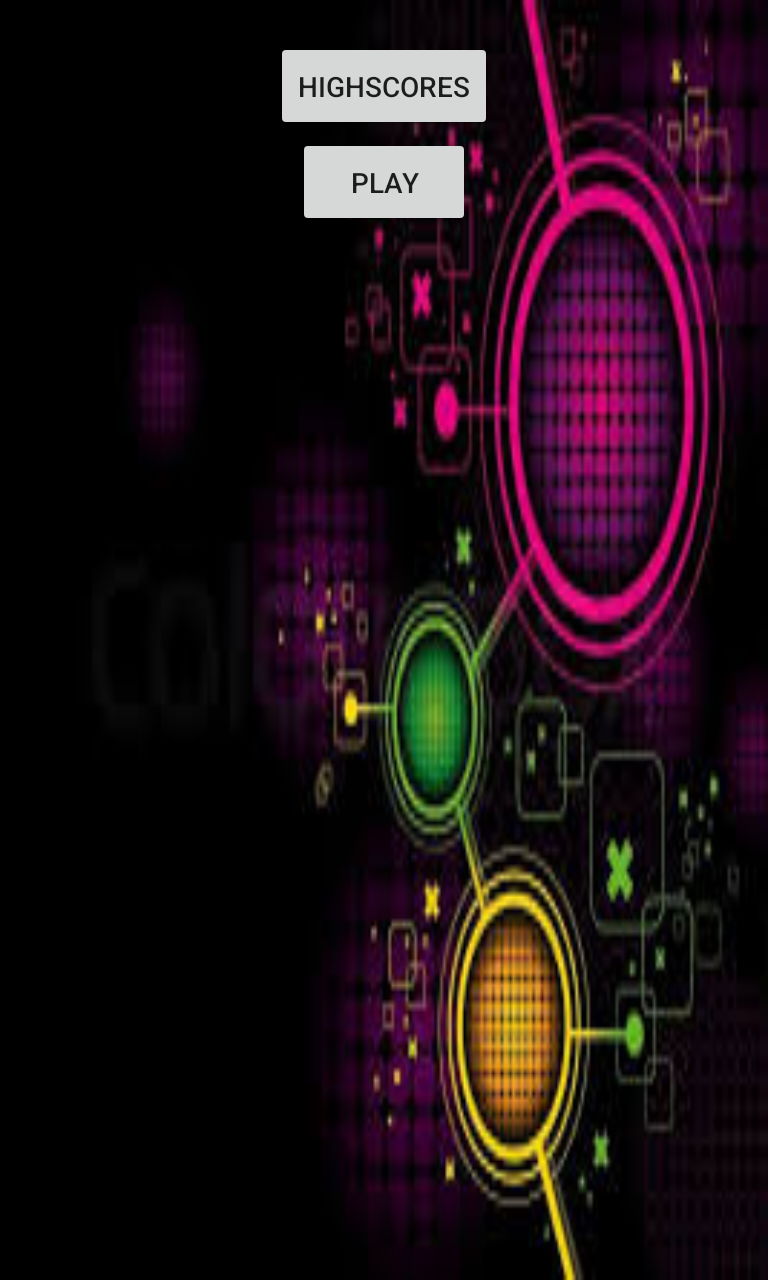
Repository: RedJaVa68/DirectionRunner
Layout: DirectionRunner/res/layout/activity_main.xml
The author's editor kept a copy of each file at every save. The layout is drawn from the files as they stood at one save, then again after the next save.
It is drawn on a 768 x 1280 px phone screen (xhdpi) without system bars, with theme AppTheme; the app's code is not run.

Above is the layout before, as saved 2015-05-06 01:05:26.

After the next save:
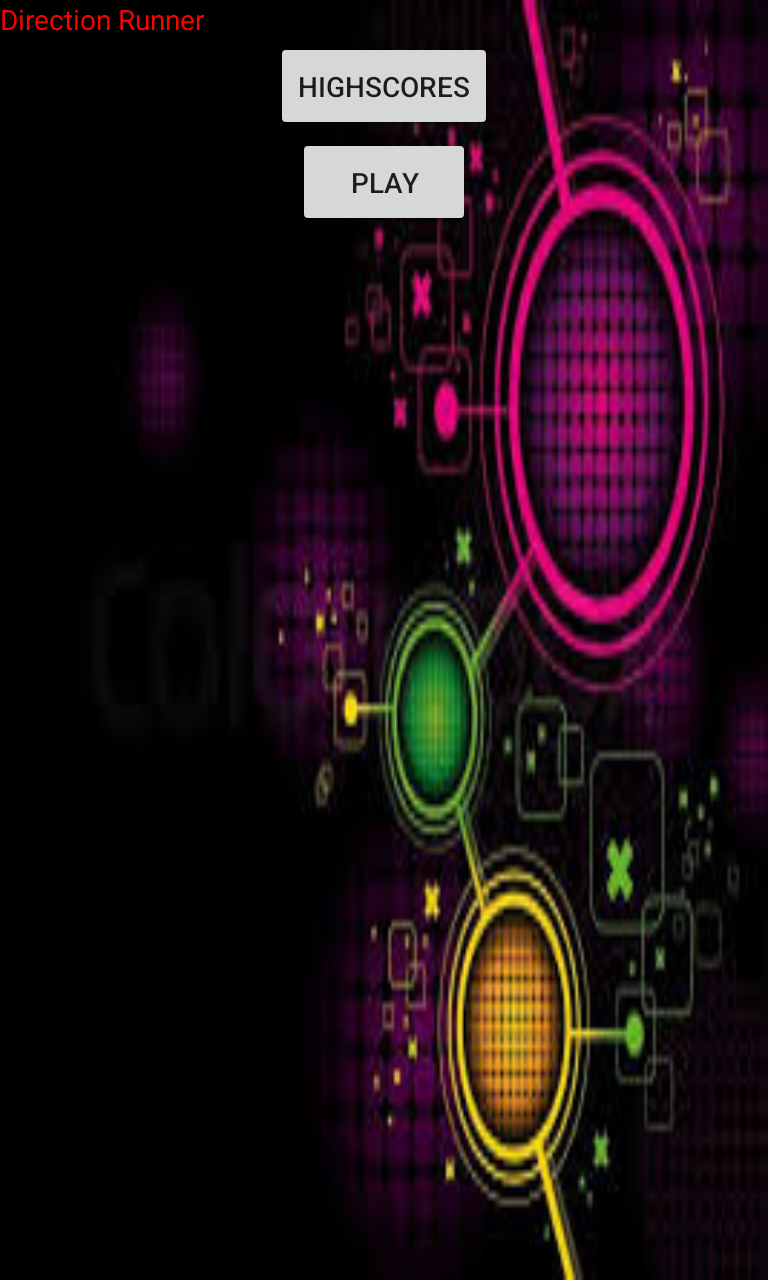
Saved 42 s later.
--- a/DirectionRunner/res/layout/activity_main.xml
+++ b/DirectionRunner/res/layout/activity_main.xml
@@ -10,7 +10,7 @@
         android:layout_width="fill_parent"
         android:layout_height="wrap_content"
         android:text="Direction Runner"
-        android:textColor="#fffff"/>
+        android:textColor="#ff0000"/>
     <Button
         android:id="@+id/statsButton"
        	android:layout_width="wrap_content"
